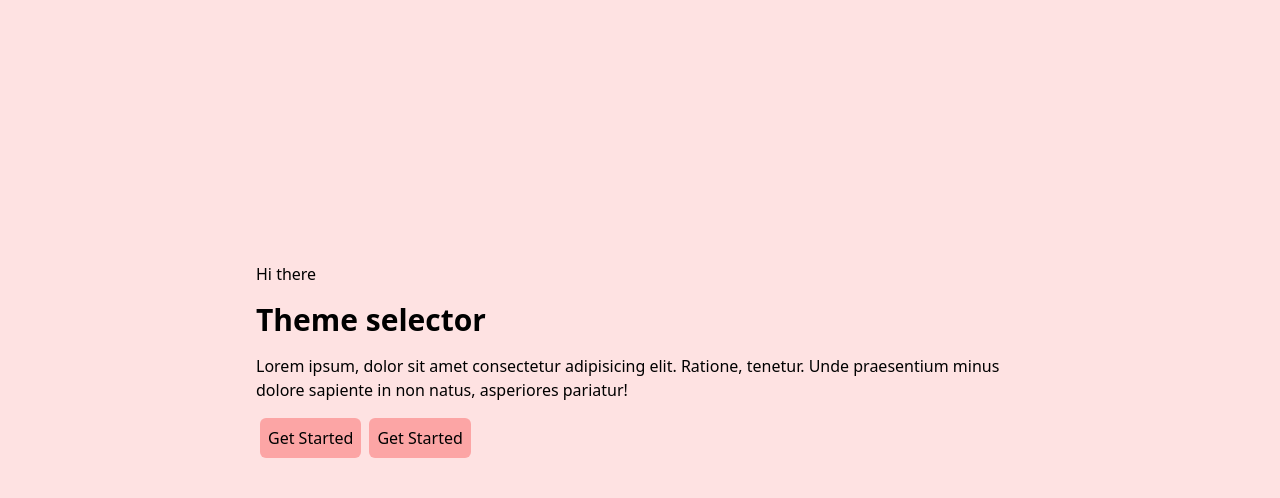
Repository: prince-bansal/tailwind-theme-switcher
Page: /
The author's editor kept a copy of each file at every save. The page is drawn from the files as they stood at one save, then again after the next save.
The browser window is 1280 px wide. The pictures show the whole page.
The project was rebuilt for these pictures with package versions that can differ from the ones it lists, and the page was loaded fresh each time. Also part of the build but not shown: vite.config.ts, src/App.css.

Above is the page before, as saved 2024-03-17 19:09:14.

After the next save:
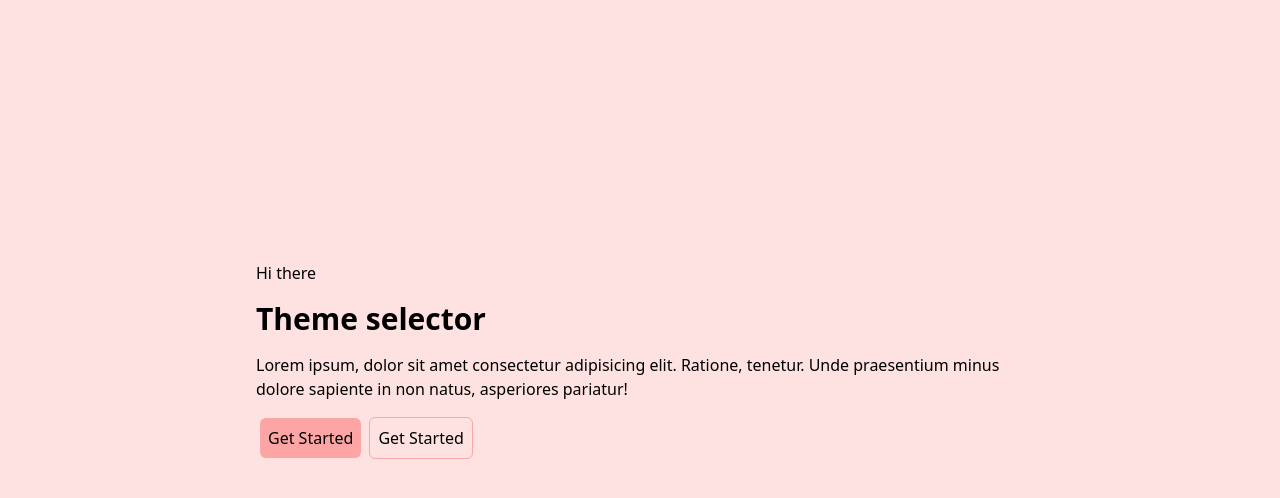
Saved 7 s later.
--- a/src/App.tsx
+++ b/src/App.tsx
@@ -13,7 +13,7 @@ function App() {
           asperiores pariatur!
         </p>
         <button className="mt-4 bg-red-300 p-2 mx-1 rounded-md">Get Started</button>
-        <button className="mt-4 bg-red-300 p-2 mx-1 rounded-md">Get Started</button>
+        <button className="mt-4 border-red-300 border p-2 mx-1 rounded-md">Get Started</button>
 
       </div>{" "}
     </div>
